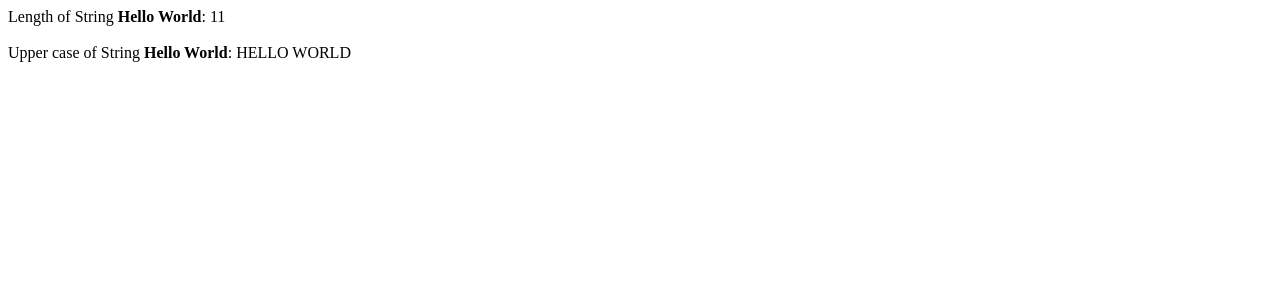
Repository: souptikmaiti/j2ee-practice
Page: http://localhost/tagdemo/function-test.jsp
The author's editor kept a copy of each file at every save. The page is drawn from the files as they stood at one save, then again after the next save.
The browser window is 1280 px wide. The pictures show the whole page.
The page is served by Tomcat 9. Other server files are loaded and not shown.

Above is the page before, as saved 2021-01-10 06:25:22.

### tagdemo/WebContent/function-test.jsp
<%@ taglib uri="http://java.sun.com/jsp/jstl/core" prefix="c" %>
<%@ taglib uri="http://java.sun.com/jsp/jstl/functions" prefix="fn" %>


<html>

<body>

	<c:set var="data" value="Hello World" />

	Length of String <b>${data}</b>: ${fn:length(data)}

	<br/><br/>

	Upper case of String <b>${data}</b>: ${fn:toUpperCase(data)}

</body>


</html>

After the next save:
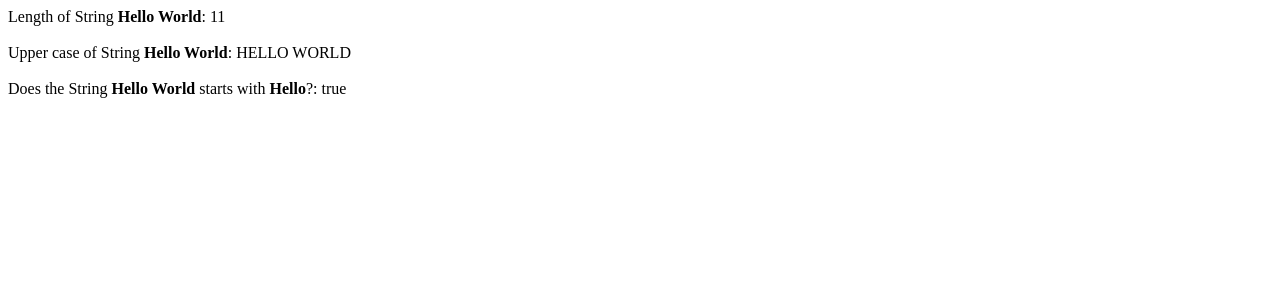
Saved 2 min 7 s later.
--- a/tagdemo/WebContent/function-test.jsp
+++ b/tagdemo/WebContent/function-test.jsp
@@ -14,6 +14,10 @@
 
 	Upper case of String <b>${data}</b>: ${fn:toUpperCase(data)}
 
+	<br/><br/>
+
+	Does the String <b>${data}</b> starts with <b>Hello</b>?: ${fn:startsWith(data, "Hello")}
+
 </body>
 
 
